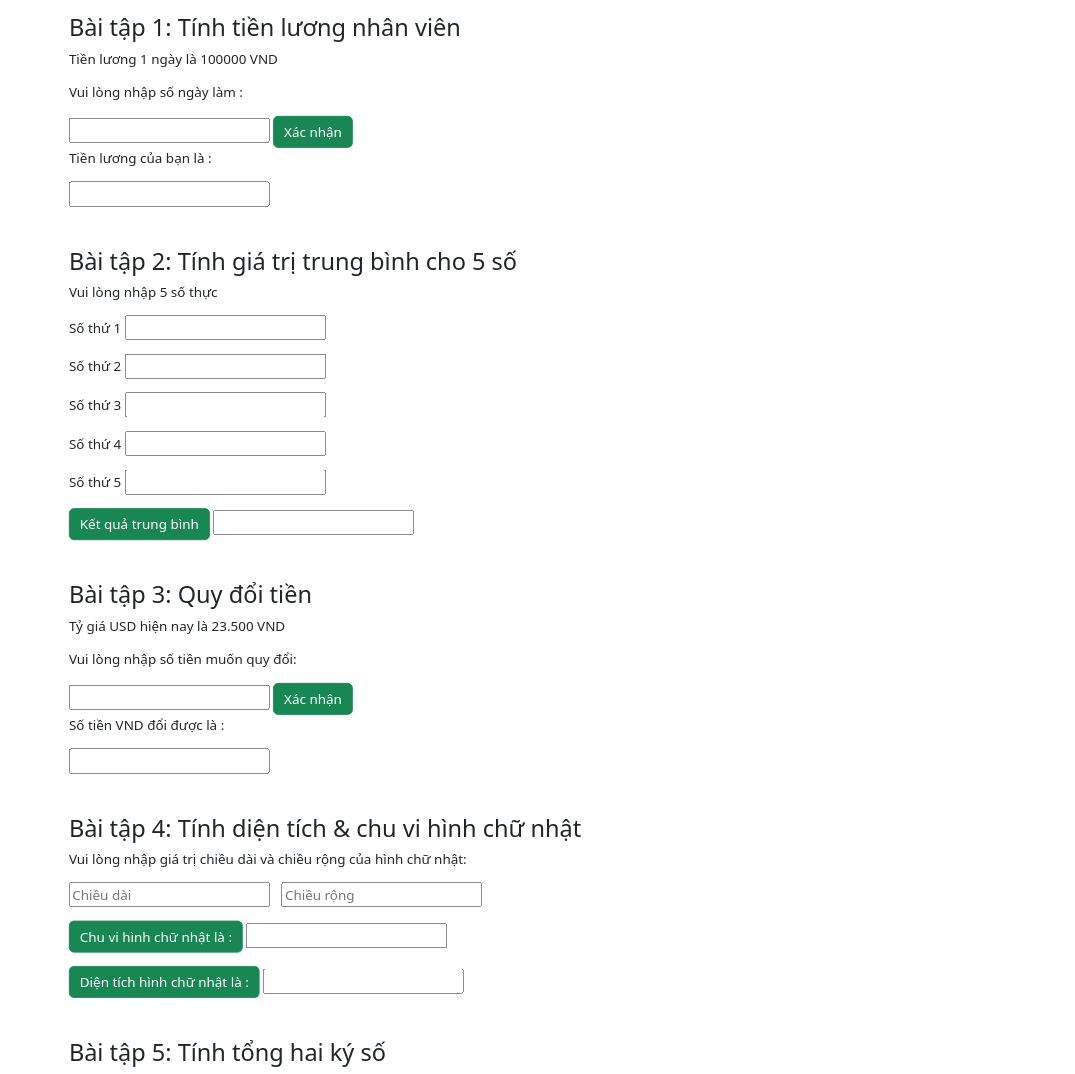
Repository: hcozyph/TranHuuPhuoc_BC43_BT_JS_Buoi2
Page: index.html
An editor plug-in stored every save of this project. The page is shown before and after the next save, followed by the edit.
The browser window is 1280 px wide. The pictures show the whole page, at 84% of full size.

Above is the page before, as saved 2023-01-21 23:11:43.

### index.html
<!DOCTYPE html>
<html lang="en">
    <head>
        <title>BT JS - Buoi 1</title>
        <!-- Required meta tags -->
        <meta charset="utf-8" />
        <meta
            name="viewport"
            content="width=device-width, initial-scale=1, shrink-to-fit=no"
        />

        <!-- Bootstrap CSS v5.2.1 -->
        <link
            href="https://cdn.jsdelivr.net/npm/bootstrap@5.2.1/dist/css/bootstrap.min.css"
            rel="stylesheet"
            integrity="sha384-iYQeCzEYFbKjA/T2uDLTpkwGzCiq6soy8tYaI1GyVh/UjpbCx/TYkiZhlZB6+fzT"
            crossorigin="anonymous"
        />

        <!-- FontAwesome 6.2.0 CSS -->
        <link
            rel="stylesheet"
            href="https://cdnjs.cloudflare.com/ajax/libs/font-awesome/6.2.0/css/all.min.css"
            integrity="sha512-xh6O/CkQoPOWDdYTDqeRdPCVd1SpvCA9XXcUnZS2FmJNp1coAFzvtCN9BmamE+4aHK8yyUHUSCcJHgXloTyT2A=="
            crossorigin="anonymous"
            referrerpolicy="no-referrer"
        />

        <!-- index.css -->
        <link rel="stylesheet" href="./style/index.css" />
    </head>

    <body>
        <!-- BT1 -->
        <div class="container">
            <div class="BT1">
                <h1 class="fs-3 mt-3">Bài tập 1: Tính tiền lương nhân viên</h1>
                <p>Tiền lương 1 ngày là 100000 VND</p>
                <p>Vui lòng nhập số ngày làm :</p>
                <input type="number" id="soNgayLam" />
                <button
                    class="btn btn-success"
                    id="btnXacNhan"
                    onclick="inputSoNgayLam()"
                >
                    Xác nhận
                </button>
                <p>Tiền lương của bạn là :</p>
                <input type="text" id="result" />
            </div>

            <!-- BT2 -->
            <div class="BT2">
                <h1 class="fs-3 mt-5">
                    Bài tập 2: Tính giá trị trung bình cho 5 số
                </h1>
                <p>Vui lòng nhập 5 số thực</p>

                <p>Số thứ 1 <input type="number" id="n1" /></p>
                <p>Số thứ 2 <input type="number" id="n2" /></p>
                <p>Số thứ 3 <input type="number" id="n3" /></p>
                <p>Số thứ 4 <input type="number" id="n4" /></p>
                <p>Số thứ 5 <input type="number" id="n5" /></p>

                <button
                    class="btn btn-success"
                    id="btnAverage"
                    onclick="average()"
                >
                    Kết quả trung bình
                </button>
                <input type="text" id="average" />
            </div>

            <!-- BT3 -->
            <div class="BT3">
                <h1 class="fs-3 mt-5">Bài tập 3: Quy đổi tiền</h1>
                <p>Tỷ giá USD hiện nay là 23.500 VND</p>
                <p>Vui lòng nhập số tiền muốn quy đổi:</p>

                <input type="number" id="inputUsd" />
                <button
                    class="btn btn-success"
                    id="btnTradeMoney"
                    onclick="tradeMoney ()"
                >
                    Xác nhận
                </button>

                <p>Số tiền VND đổi được là :</p>
                <input type="text" id="tradeMoney" />
            </div>

            <!-- BT4 -->
            <div class="BT4">
                <h1 class="fs-3 mt-5">
                    Bài tập 4: Tính diện tích & chu vi hình chữ nhật
                </h1>
                <p>
                    Vui lòng nhập giá trị chiều dài và chiều rộng của hình chữ
                    nhật:
                </p>

                <input type="number" id="length" placeholder="Chiều dài" />
                <input
                    style="margin-left: 10px"
                    type="number"
                    id="width"
                    placeholder="Chiều rộng"
                />

                <div class="chuVi mt-3">
                    <button class="btn btn-success" onclick="chuVi()">
                        Chu vi hình chữ nhật là :
                    </button>
                    <input type="number" id="chuVi" />
                </div>

                <div class="dienTich mt-3">
                    <button class="btn btn-success" onclick="dienTich()">
                        Diện tích hình chữ nhật là :
                    </button>
                    <input type="number" id="dienTich" />
                </div>
            </div>

            <!-- BT5 -->
            <div class="BT5">
                <h1 class="fs-3 mt-5">Bài tập 5: Tính tổng hai ký số</h1>
            </div>
        </div>

        <!-- Bootstrap JavaScript Libraries -->
        <script
            src="https://cdn.jsdelivr.net/npm/@popperjs/core@2.11.6/dist/umd/popper.min.js"
            integrity="sha384-oBqDVmMz9ATKxIep9tiCxS/Z9fNfEXiDAYTujMAeBAsjFuCZSmKbSSUnQlmh/jp3"
            crossorigin="anonymous"
        ></script>

        <script
            src="https://cdn.jsdelivr.net/npm/bootstrap@5.2.1/dist/js/bootstrap.min.js"
            integrity="sha384-7VPbUDkoPSGFnVtYi0QogXtr74QeVeeIs99Qfg5YCF+TidwNdjvaKZX19NZ/e6oz"
            crossorigin="anonymous"
        ></script>

        <!-- index.js -->
        <script src="./index.js"></script>
    </body>
</html>

### index.js
//BT1: Tính tiền lương nhân viên
function inputSoNgayLam () {
    //input
    var soNgayLam = document.getElementById('soNgayLam').value;
    var luongMotNgay = 100000;
    //output
    var result = 0;

    var result = parseInt(soNgayLam) * parseInt(luongMotNgay);

    document.getElementById('result').value = result.toLocaleString() + ' VND';
}

//BT2: Tính trung bình cộng 5 số
function average () {
    //input
    var n1 = document.getElementById('n1').value;
    var n2 = document.getElementById('n2').value;
    var n3 = document.getElementById('n3').value;
    var n4 = document.getElementById('n4').value;
    var n5 = document.getElementById('n5').value;
    //output
    var average = 0;
    var soLuongInput = 5;

    var sum = parseFloat(n1) + parseFloat(n2) + parseFloat(n3) + parseFloat(n4) + parseFloat(n5);

    var average =  sum / parseFloat(soLuongInput) ;

    document.getElementById('average').value = average;
}

//BT3: Quy đổi tiền
function tradeMoney () {
    //input
    var inputUsd = document.getElementById('inputUsd').value;
    var tyGia = 23500;

    //output
    var tradeMoney = 0;

    var tradeMoney = parseInt(inputUsd) * parseInt(tyGia);
    document.getElementById('tradeMoney').value = tradeMoney.toLocaleString() + ' VND';
}

//BT4: Tính chu vi & diện tích hình chữ nhật
function chuVi () {
    // input
    var length = document.getElementById('length').value;
    var width = document.getElementById('width').value;

    //output
    var chuVi = ( parseInt(length) + parseInt(width) ) * 2;

    document.getElementById('chuVi').value = chuVi.toLocaleString();
}


function dienTich () {
    // input
    var length = document.getElementById('length').value;
    var width = document.getElementById('width').value;

    //output
    var dienTich = parseInt(length) * parseInt(width) ;

    document.getElementById('dienTich').value = dienTich.toLocaleString();
}









/*
Link vercel:
https://tran-huu-phuoc-bc-43-bt-js-buoi1.vercel.app/
*/

Loaded but not shown: style/index.css (no stored copy; drawn as an empty file)

After the next save:
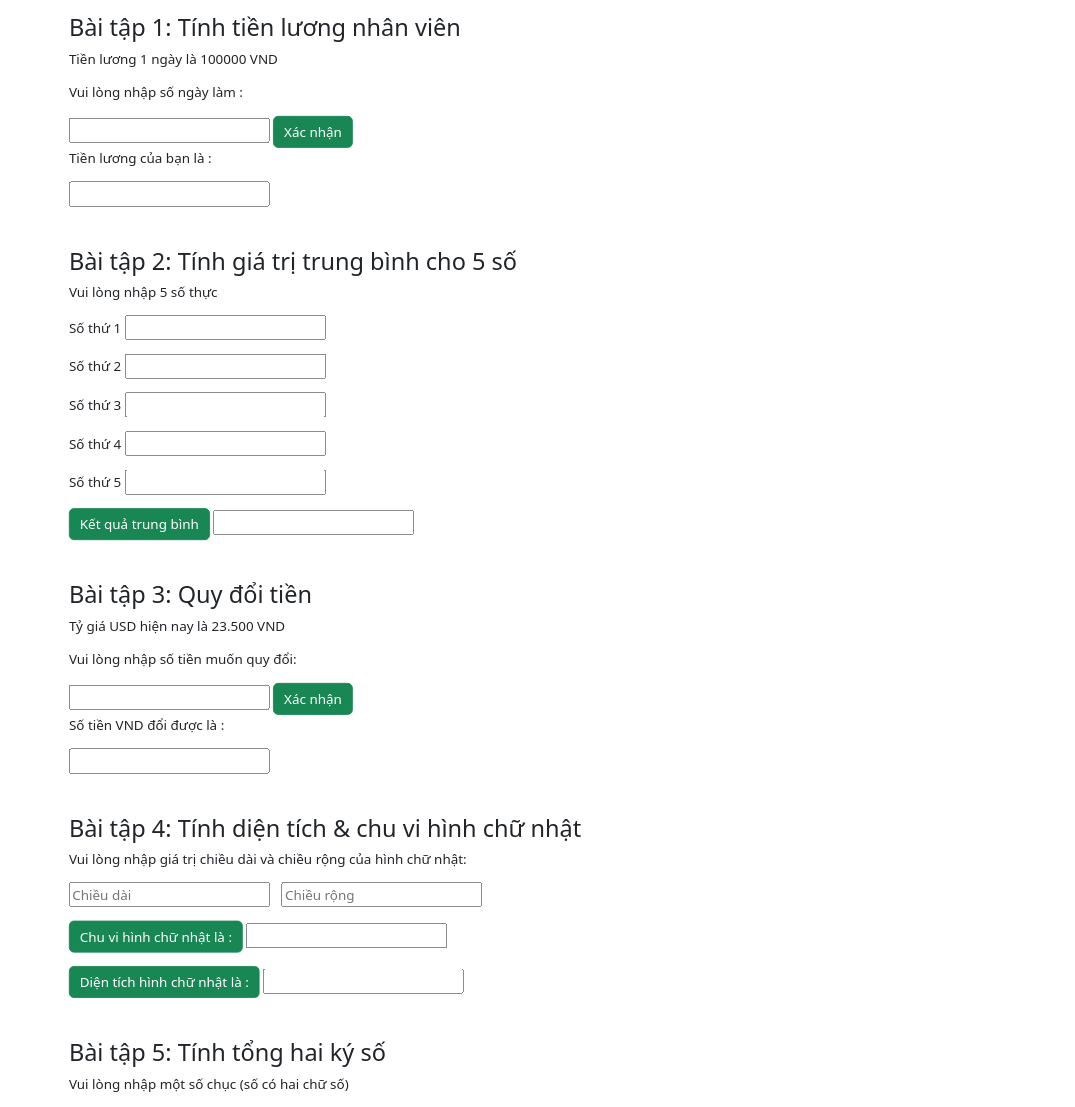
Saved 69 s later.
--- a/index.html
+++ b/index.html
@@ -127,6 +127,7 @@
             <!-- BT5 -->
             <div class="BT5">
                 <h1 class="fs-3 mt-5">Bài tập 5: Tính tổng hai ký số</h1>
+                <p>Vui lòng nhập một số chục (số có hai chữ số)</p>
             </div>
         </div>
 
